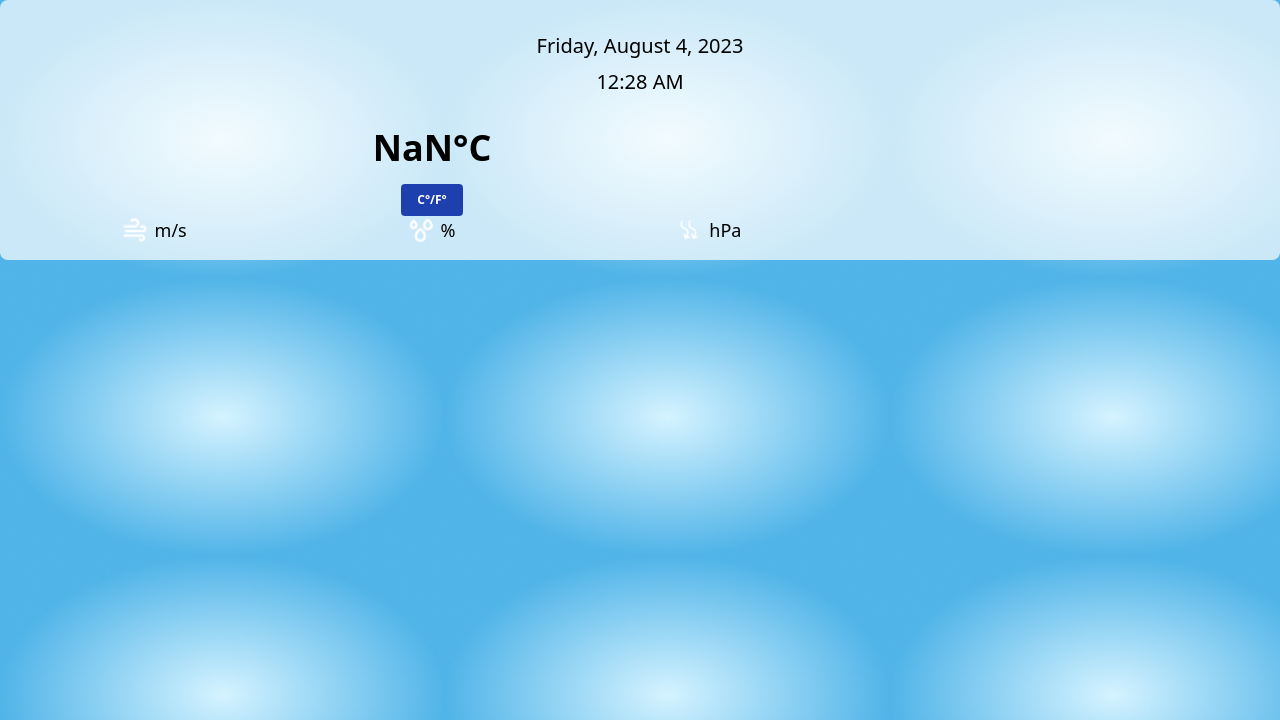
Repository: LukasMoyano/WeatherApp-_-LukasMoyano-_-V-_4.0_6.6.6
Page: /
The author's editor kept a copy of each file at every save. The page is drawn from the files as they stood at one save, then again after the next save.
The browser window is 1280 px wide. The pictures show the whole page.
The page's requests for data from a server got no answer. The project was rebuilt for these pictures with package versions that can differ from the ones it lists, and the page was loaded fresh each time. No one was signed in, and anything a server would have sent is missing. Also part of the build but not shown: vite.config.js.

Above is the page before, as saved 2023-08-06 16:05:20.

After the next save:
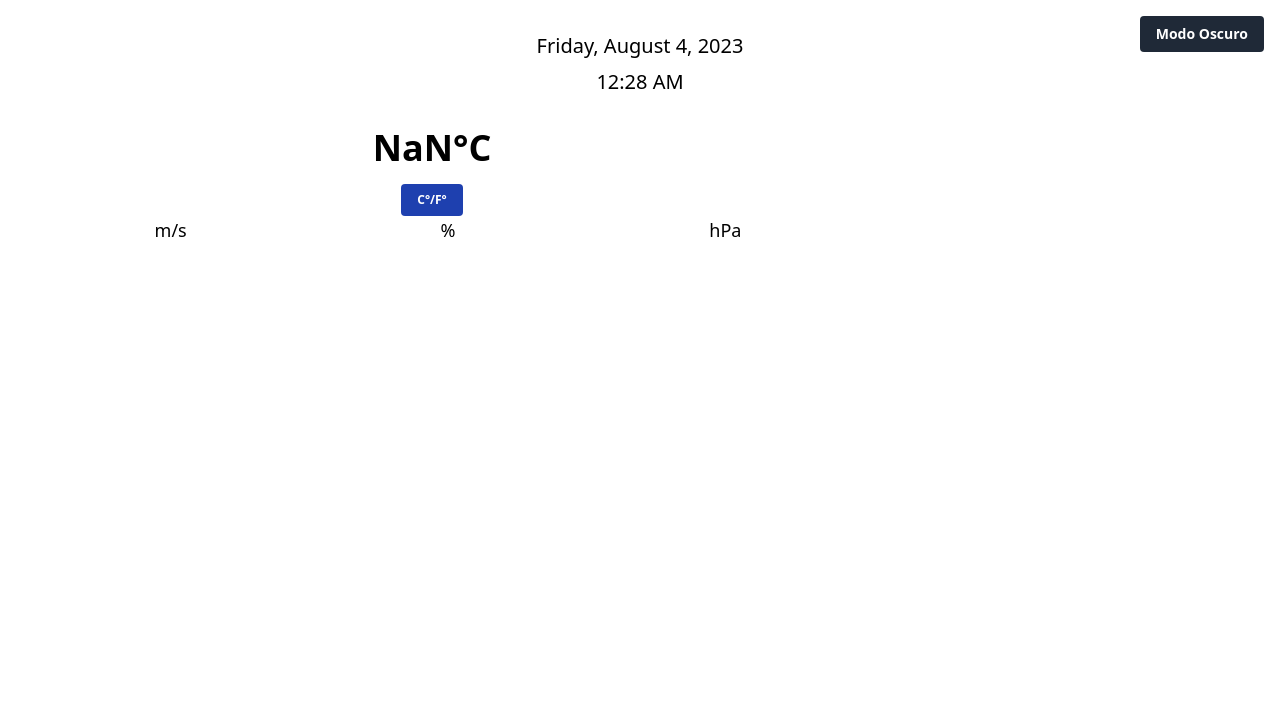
Saved 6 min 3 s later.
--- a/src/App.jsx
+++ b/src/App.jsx
@@ -5,6 +5,7 @@ import "./App.css";
 
 function App() {
   const [weatherInfo, setWeatherInfo] = useState(null);
+  const [isDarkMode, setIsDarkMode] = useState(false); // Agregamos el estado para el modo oscuro
 
   useEffect(() => {
     navigator.geolocation.getCurrentPosition(success);
@@ -21,28 +22,31 @@ function App() {
 
     const url = `https://api.openweathermap.org/data/2.5/weather?lat=${lat}&lon=${lon}&appid=${API_KEY}`;
 
-    console.log(url)
+    console.log(url);
 
     axios
       .get(url)
       .then(({ data }) => setWeatherInfo(data))
-      .catch((err) => console.log(err))
+      .catch((err) => console.log(err));
+  };
+
+  const toggleDarkMode = () => {
+    setIsDarkMode(!isDarkMode); // Cambia el estado del modo oscuro
   };
 
   return (
-    <main className="bg-[url('/public/background/image001_LightVersion.jpg')] min-h-screen text-whte font-lato">
-      <Weather weatherInfo={weatherInfo} />
-    </main>
+    <div className={`bg-${isDarkMode ? "gray-900" : "white"} min-h-screen text-${isDarkMode ? "white" : "black"}`}>
+      <button
+        onClick={toggleDarkMode}
+        className={`text-white bg-gray-800 hover:bg-gray-700 text-sm font-bold py-2 px-4 rounded absolute top-4 right-4`}
+      >
+        {isDarkMode ? "Modo Claro" : "Modo Oscuro"}
+      </button>
+      <main className={`bg-${isDarkMode ? "gray-900" : "[url('/public/background/image001_LightVersion.jpg')]"} min-h-screen font-lato`}>
+        <Weather weatherInfo={weatherInfo} />
+      </main>
+    </div>
   );
 }
 
 export default App;
-
-{/* <main classeName= img="image001_LightVersion.jpg"> */}
- {/* <div className="default-background min-h-screen flex flex-col items-center justify-center"> */}
-   {/* <div className="w-full md:max-w-md mx-auto bg-gradient-to-br from-blue-200 to-blue-500 rounded-lg shadow-lg p-4"> */}
-     {/* <h1 className="text-center text-3xl font-bold mb-4 font-sans header"> */}
-       {/* Lukas<div className="font-bold text-5xl">Weather</div>App 4.0</h1> */}
-   {/* </div> */}
- {/* </div> */}
- {/* </main> */}
